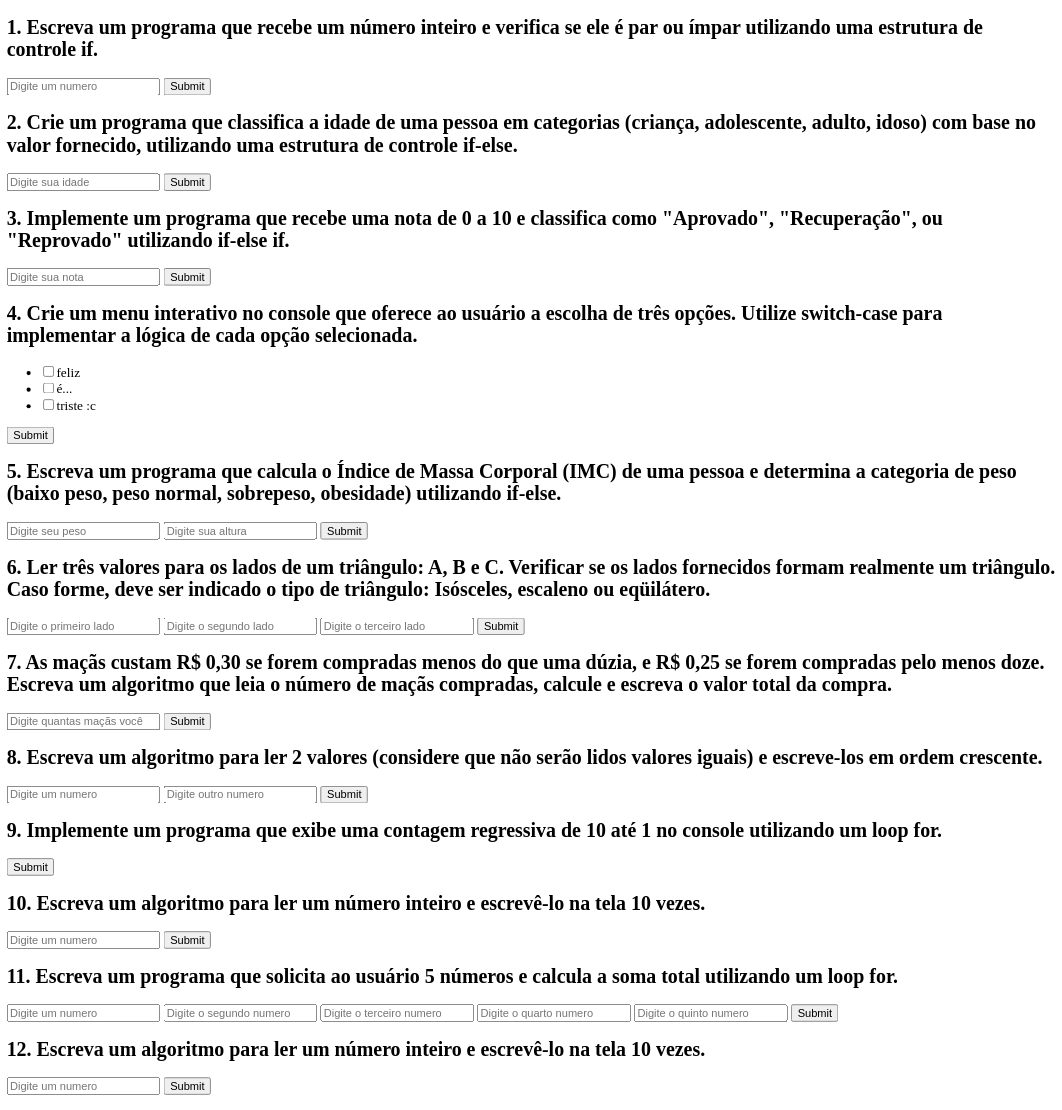
Repository: chidekina/prati-logica
Page: index.html
An editor plug-in stored every save of this project. The page is shown before and after the next save, followed by the edit.
The browser window is 1280 px wide. The pictures show the whole page, at 83% of full size.

Above is the page before, as saved 2025-05-03 10:50:41.

### index.html
<!DOCTYPE html>
<html lang="en">
  <head>
    <meta charset="UTF-8" />
    <meta name="viewport" content="width=device-width, initial-scale=1.0" />
    <title>+prati - Lista de Exercicios 1</title>
  </head>
  <body>
    <main>
      <div>
        <h2>1. Escreva um programa que recebe um número inteiro e verifica se ele é par ou ímpar utilizando uma estrutura de controle if.</h2>
        <div>
          <input id="task1" type="number" placeholder="Digite um numero" />
          <input type="submit" onclick="parOuImpar()" />
        </div>
        <h3 id="answer1"></h3>
      </div>
      <div>
        <h2>2. Crie um programa que classifica a idade de uma pessoa em categorias (criança, adolescente, adulto, idoso) com base no valor fornecido, utilizando uma estrutura de controle if-else.</h2>
        <div>
          <input id="task2" type="number" placeholder="Digite sua idade" />
          <input type="submit" onclick="classificacaoEtaria()" />
        </div>
        <h3 id="answer2"></h3>
      </div>
      <div>
        <h2>3. Implemente um programa que recebe uma nota de 0 a 10 e classifica como "Aprovado", "Recuperação", ou "Reprovado" utilizando if-else if.</h2>
        <div>
          <input id="task3" type="number" placeholder="Digite sua nota" />
          <input type="submit" onclick="aprovacao()" />
        </div>
        <h3 id="answer3"></h3>
      </div>
      <div>
        <h2>4. Crie um menu interativo no console que oferece ao usuário a escolha de três opções. Utilize switch-case para implementar a lógica de cada opção selecionada.</h2>
        <div>
          <ul>
            <li>
              <label><input class="checkbox-mood" onchange="checkboxCheck(this)" type="checkbox" id="option1" />feliz</label>
            </li>
            <li>
              <label><input class="checkbox-mood" onchange="checkboxCheck(this)" type="checkbox" id="option2" />é...</label>
            </li>
            <li>
              <label><input class="checkbox-mood" onchange="checkboxCheck(this)" type="checkbox" id="option3" />triste :c</label>
            </li>
          </ul>
          <input type="submit" onclick="nivelHumor()" />
        </div>
        <h3 id="answer4"></h3>
      </div>
      <div>
        <h2>5. Escreva um programa que calcula o Índice de Massa Corporal (IMC) de uma pessoa e determina a categoria de peso (baixo peso, peso normal, sobrepeso, obesidade) utilizando if-else.</h2>
        <div>
          <input id="task5-1" type="number" placeholder="Digite seu peso" />
          <input id="task5-2" type="number" placeholder="Digite sua altura" />
          <input type="submit" onclick="classificacaoIMC()" />
        </div>
        <h3 id="answer5"></h3>
      </div>
      <div>
        <h2>6. Ler três valores para os lados de um triângulo: A, B e C. Verificar se os lados fornecidos formam realmente um triângulo. Caso forme, deve ser indicado o tipo de triângulo: Isósceles, escaleno ou eqüilátero.</h2>
        <div>
          <input id="ladoA" type="number" placeholder="Digite o primeiro lado" />
          <input id="ladoB" type="number" placeholder="Digite o segundo lado" />
          <input id="ladoC" type="number" placeholder="Digite o terceiro lado" />
          <input type="submit" onclick="classificacaoTriangulo()" />
        </div>
      </div>
      <h3 id="answer6"></h3>
      <div>
        <h2>7. As maçãs custam R$ 0,30 se forem compradas menos do que uma dúzia, e R$ 0,25 se forem compradas pelo menos doze. Escreva um algoritmo que leia o número de maçãs compradas, calcule e escreva o valor total da compra.</h2>
        <div>
          <input id="task7" type="number" placeholder="Digite quantas maçãs você quer comprar." />
          <input type="submit" onclick="totalMacas()" />
        </div>
        <h3 id="answer7"></h3>
      </div>
      <div>
        <h2>8. Escreva um algoritmo para ler 2 valores (considere que não serão lidos valores iguais) e escreve-los em ordem crescente.</h2>
        <div>
          <input id="task8-1" type="number" placeholder="Digite um numero" />
          <input id="task8-2" type="number" placeholder="Digite outro numero" />
          <input type="submit" onclick="ordemCrescente()" />
        </div>
        <h3 id="answer8"></h3>
      </div>
      <div>
        <h2>9. Implemente um programa que exibe uma contagem regressiva de 10 até 1 no console utilizando um loop for.</h2>
        <input type="submit" onclick="ordemDecrescente()" />
        <h3 id="answer9"></h3>
      </div>
      <div>
        <h2>10. Escreva um algoritmo para ler um número inteiro e escrevê-lo na tela 10 vezes.</h2>
        <input id="task10" type="number" placeholder="Digite um numero" />
        <input type="submit" onclick="repetirNumero()" />
        <h3 id="answer10"></h3>
      </div>
      <div>
        <h2>11. Escreva um programa que solicita ao usuário 5 números e calcula a soma total
          utilizando um loop for.</h2>
          <input id="task10-1" type="number" placeholder="Digite um numero" />
          <input id="task10-2" type="number" placeholder="Digite o segundo numero" />
          <input id="task10-3" type="number" placeholder="Digite o terceiro numero" />
          <input id="task10-4" type="number" placeholder="Digite o quarto numero" />
          <input id="task10-5" type="number" placeholder="Digite o quinto numero" />
        <input type="submit" onclick="somarNumeros()" />
        <h3 id="answer11"></h3>
        <h2>12. Escreva um algoritmo para ler um número inteiro e escrevê-lo na tela 10 vezes.</h2>
        <input id="task10" type="number" placeholder="Digite um numero" />
        <input type="submit" onclick="repetirNumero()" />
        <h3 id="answer10"></h3>
      </div>
    </main>
    <script src="app.js"></script>
  </body>
</html>

### app.js
function parOuImpar() {
  const task1 = document.getElementById("task1");
  const numero = parseInt(task1.value);
  let answer1 = document.getElementById("answer1");

  if (isNaN(numero)) {
    alert("Digite um número válido.");
  } else {
    answer1.innerHTML = `O número ${numero} é ${numero % 2 === 0 ? "par" : "ímpar"}`;
  }
  task1.value = "";
}

function classificacaoEtaria() {
  const task2 = document.getElementById("task2");
  const idade = parseInt(task2.value);
  let classificacao;
  let answer2 = document.getElementById("answer2");

  if (isNaN(idade) || idade > 100 || idade < 0) {
    alert("Digite uma idade válida.");
  } else {
    if (idade >= 60) {
      classificacao = "idoso";
    } else if (idade >= 20) {
      classificacao = "adulto";
    } else if (idade >= 12) {
      classificacao = "adolescente";
    } else {
      classificacao = "criança";
    }
    answer2.innerHTML = `A idade de ${idade} anos é classificada como ${classificacao}.`;
  }
  task2.value = "";
}

function aprovacao() {
  const task3 = document.getElementById("task3");
  const nota = task3.value;

  if (nota < 0 || nota > 10 || isNaN(nota)) {
    alert("Digite uma nota válida.");
  } else {
    answer3.innerHTML = nota >= 7 ? "Parabéns! Você foi aprovado." : "Poxa... Você ficou de recuperação.";
  }

  task3.value = "";
}

function checkboxCheck(checkbox) {
  let mood = document.getElementsByClassName("checkbox-mood");

  for (let i = 0; i < mood.length; i++) {
    mood[i].checked = false;
  }

  checkbox.checked = true;
}

function nivelHumor() {
  const check1 = document.getElementById("option1");
  const check2 = document.getElementById("option2");
  const check3 = document.getElementById("option3");
  const answer4 = document.getElementById("answer4");
  let phrase;

  if (check1.checked) {
    phrase = "Legal! Tenha um ótimo dia!";
  } else if (check2.checked) {
    phrase = "Hmm... Pode melhorar ne?!";
  } else if (check3.checked) {
    phrase = "Poxa, espero que seu dia melhore";
  }

  answer4.innerHTML = phrase;
}

function classificacaoIMC() {
  const pesoInput = document.getElementById("task5-1");
  const alturaInput = document.getElementById("task5-2");
  const answer5 = document.getElementById("answer5");
  const peso = pesoInput.value;
  const altura = alturaInput.value;
  const IMC = peso / (altura * altura);
  let classificacao;

  if (IMC < 18.5) classificacao = "Abaixo do Peso";
  else if (IMC < 25) classificacao = "Peso Normal";
  else if (IMC < 30) classificacao = "Sobrepeso";
  else classificacao = "Obeso";

  answer5.innerHTML = `O seu IMC  é de ${IMC.toFixed(2)} classificado como "${classificacao}"`;

  pesoInput.value = "";
  alturaInput.value = "";
}

function classificacaoTriangulo() {
  const ladoAInput = document.getElementById("ladoA");
  const ladoBInput = document.getElementById("ladoB");
  const ladoCInput = document.getElementById("ladoC");
  const ladoA = ladoAInput.value;
  const ladoB = ladoBInput.value;
  const ladoC = ladoCInput.value;
  let triangulo;
  const answer6 = document.getElementById("answer6");

  if (ladoA === ladoB && ladoA === ladoC) triangulo = "equilatero";
  else if (ladoA !== ladoB && ladoA !== ladoC && ladoB !== ladoC) triangulo = "escaleno";
  else triangulo = "isosceles";

  answer6 = `O triangulo é ${triangulo}`;
  ladoAInput.value = "";
  ladoBInput.value = "";
}

function totalMacas() {
  const macasInput = document.getElementById("task7");
  const macas = macasInput.value;
  const answer7 = document.getElementById("answer7");
  let precoMacas = 0.3;

  if (macas <= 0 || isNaN(macas)) {
    alert("Digite um número válido");
  } else {
    precoMacas = macas >= 12 ? 0.25 : 0.3;

    answer7.innerHTML = `O preço da maçã será de R$ ${precoMacas} dando um total de R$ ${(macas * precoMacas).toFixed(2)}`;
  }

  macasInput.value = '';
}

function ordemCrescente() {
    const numero1Input = document.getElementById('task8-1');
    const numero2Input = document.getElementById('task8-2');
    const numero1 = numero1Input.value;
    const numero2 = numero2Input.value;
    const answer8 = document.getElementById('answer8');

    if (isNaN(numero1) || isNaN(numero2)) {
        alert("Digite um número válido.");
    } else {
        answer8.innerHTML = `O número ${numero1} é ${numero1 > numero2 ? 'maior' : 'menor'} que o número ${numero2}`;
    }

    numero1Input.value = '';
    numero2Input.value = '';
}

function ordemDecrescente() {
    const answer9 = document.getElementById('answer9');

    for (let i = 10; i >= 1; i--) {
        answer9.innerHTML += `${i} `
    }
}

function repetirNumero() {
  const numeroInput = document.getElementById('task10');
  const numero = Number(numeroInput.value);
  const answer10 = document.getElementById('answer10');

  if (Number.isInteger(numero) === true && isNaN(numero) === false) {
    answer10.innerHTML = '';
    for(let i = 1; i <= 10; i++) {
      answer10.innerHTML += `${numero} `;
    }
  } else {
    alert("Digite um número inteiro.");
  }

  numeroInput.value = '';
}

function somarNumeros() {
  const numeros = [
  document.getElementById('task10-1'),
  document.getElementById('task10-2'),
  document.getElementById('task10-3'),
  document.getElementById('task10-4'),
  document.getElementById('task10-5'),
  ];

  let somaTotal = 0;

  for (let i = 0; i < numeros.length; i++) {
    const valor = Number(numeros[i].value);

    somaTotal += valor;
  }

  const answer =document.getElementById("answer11");
  answer.innerHTML = `A soma total é: ${somaTotal}`;

  numeros.forEach((numero) => (numero.value = ''));
}

After the next save:
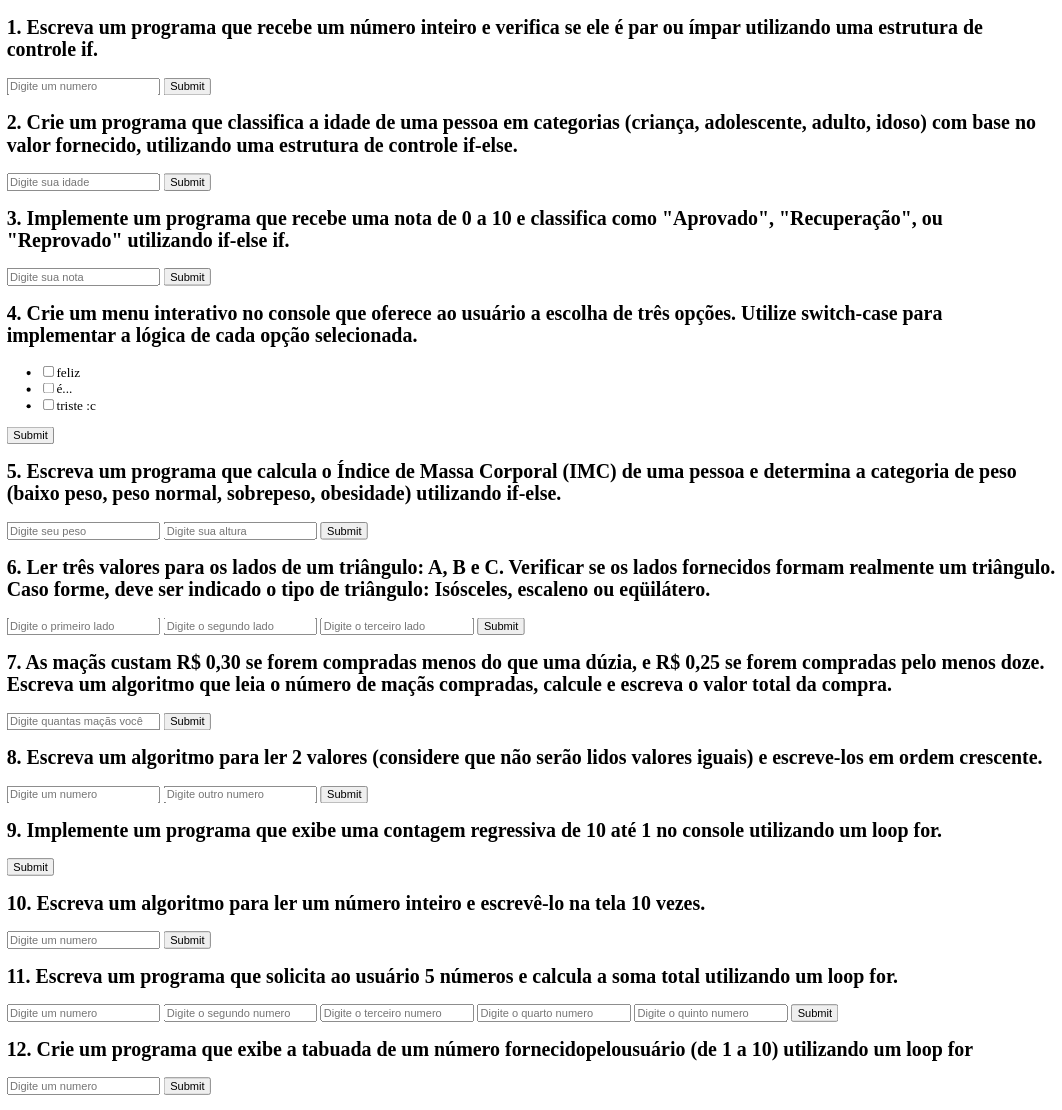
Saved 7 s later.
--- a/index.html
+++ b/index.html
@@ -106,7 +106,8 @@
           <input id="task10-5" type="number" placeholder="Digite o quinto numero" />
         <input type="submit" onclick="somarNumeros()" />
         <h3 id="answer11"></h3>
-        <h2>12. Escreva um algoritmo para ler um número inteiro e escrevê-lo na tela 10 vezes.</h2>
+        <h2>12. Crie um programa que exibe a tabuada de um número fornecidopelousuário (de 1 a
+          10) utilizando um loop for</h2>
         <input id="task10" type="number" placeholder="Digite um numero" />
         <input type="submit" onclick="repetirNumero()" />
         <h3 id="answer10"></h3>
